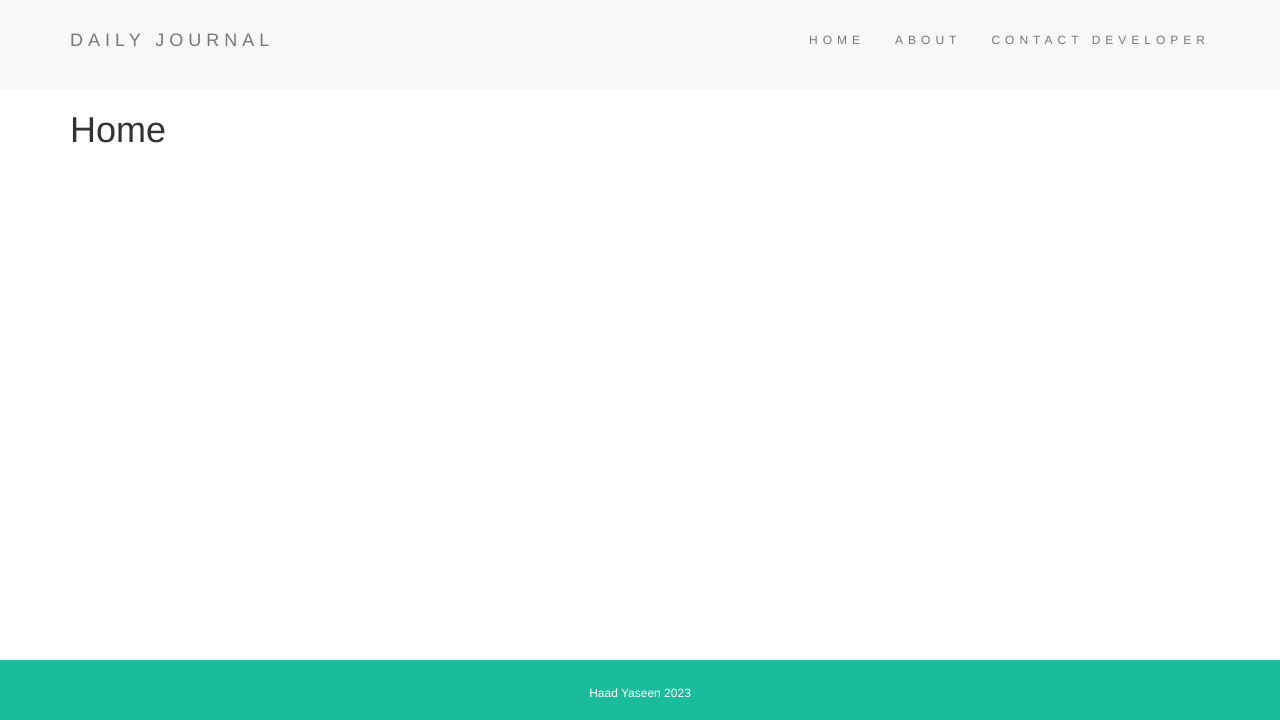
Repository: doctorpsycho/Blog-Page
Page: http://localhost/
These files come from the project's save history. The page is drawn as it stood at one moment and after the next save; the edit follows.
The browser window is 1280 px wide. The pictures show the whole page.
The page is served by the project's Node server (app.js).

Above is the page before, as saved 2023-11-23 17:52:38.

### views/home.ejs
<%- include("partials/header") -%>

    <h1>
        Home
    </h1>
    <p>

    </p>
    <% posts.forEach(function(post){%>
        <h1>
            <%= post.title %>
        </h1>
        <p>
            <%= post.content %>
        </p>
        <% console.log(post); %>
            <% }); %>

                                    <%- include("partials/footer") -%>

### views/partials/header.ejs
<!DOCTYPE html>
<html lang="en" dir="ltr">

<head>
  <meta charset="utf-8">
  <title>Daily Journal</title>
  <meta charset="utf-8">
  <link rel="stylesheet" href="https://maxcdn.bootstrapcdn.com/bootstrap/3.3.7/css/bootstrap.min.css">
  <link rel="stylesheet" href="/css/styles.css">
  <nav class="navbar navbar-default">
    <div class="container">
      <div class="navbar-header">
        <p class="navbar-brand">DAILY JOURNAL</p>
      </div>
        <ul class="nav navbar-nav navbar-right">
          <!-- 6 -->
          <li id="home"><a href="http://localhost:3000">HOME</a></li>
          <li id="about"><a href="http://localhost:3000/about#">ABOUT</a></li>
          <li id="contact"><a href="http://localhost:3000/contact#">CONTACT DEVELOPER</a></li>
        </ul>
    </div>
  </nav>

  <body>
    <div class="container">

### views/partials/footer.ejs

</div>
<div class="footer-padding"></div>
  <div class="footer">
    <p>Haad Yaseen 2023</p>
  </div>
</div>
</body>
</html>

### app.js
//jshint esversion:6

const express = require("express");
const bodyParser = require("body-parser");
const ejs = require("ejs");
const _ = require('lodash')

const app = express();

app.set('view engine', 'ejs');

app.use(bodyParser.urlencoded({ extended: true }));
app.use(express.static("public"));

let posts = [];

const homeStartingContent = "Lacus vel facilisis volutpat est velit egestas dui id ornare. Semper auctor neque vitae tempus quam. Sit amet cursus sit amet dictum sit amet justo. Viverra tellus in hac habitasse. Imperdiet proin fermentum leo vel orci porta. Donec ultrices tincidunt arcu non sodales neque sodales ut. Mattis molestie a iaculis at erat pellentesque adipiscing. Magnis dis parturient montes nascetur ridiculus mus mauris vitae ultricies. Adipiscing elit ut aliquam purus sit amet luctus venenatis lectus. Ultrices vitae auctor eu augue ut lectus arcu bibendum at. Odio euismod lacinia at quis risus sed vulputate odio ut. Cursus mattis molestie a iaculis at erat pellentesque adipiscing.";


const aboutContent = "Hac habitasse platea dictumst vestibulum rhoncus est pellentesque. Dictumst vestibulum rhoncus est pellentesque elit ullamcorper. Non diam phasellus vestibulum lorem sed. Platea dictumst quisque sagittis purus sit. Egestas sed sed risus pretium quam vulputate dignissim suspendisse. Mauris in aliquam sem fringilla. Semper risus in hendrerit gravida rutrum quisque non tellus orci. Amet massa vitae tortor condimentum lacinia quis vel eros. Enim ut tellus elementum sagittis vitae. Mauris ultrices eros in cursus turpis massa tincidunt dui.";

const contactContent = "Scelerisque eleifend donec pretium vulputate sapien. Rhoncus urna neque viverra justo nec ultrices. Arcu dui vivamus arcu felis bibendum. Consectetur adipiscing elit duis tristique. Risus viverra adipiscing at in tellus integer feugiat. Sapien nec sagittis aliquam malesuada bibendum arcu vitae. Consequat interdum varius sit amet mattis. Iaculis nunc sed augue lacus. Interdum posuere lorem ipsum dolor sit amet consectetur adipiscing elit. Pulvinar elementum integer enim neque. Ultrices gravida dictum fusce ut placerat orci nulla. Mauris in aliquam sem fringilla ut morbi tincidunt. Tortor posuere ac ut consequat semper viverra nam libero.";

app.get("/", function (req, res) {
  res.render("home", { posts: posts });
});

app.get("/about", function (req, res) {
  res.render("about", { aboutContent: aboutContent });
});

app.get("/contact", function (req, res) {
  res.render("contact", { contactContent: contactContent });
});

app.get("/compose", function (req, res) {
  res.render("compose");
});

app.post("/compose", function (req, res) {
  let postTopic = req.body.postTitle;
  let postBody = req.body.postBody;
  const post = {
    title: postTopic,
    content: postBody
  };

  posts.push(post);
  // console.log(posts);
  res.redirect("/");

});

app.get("/posts/:topic", function (req, res) {
  let postID = _.lowerCase(req.params.topic);
  const userSearch = _.kebabCase(postID);

  posts.forEach(function (post) {
    let postTitle = _.lowerCase(post.title);
    let post_title = _.kebabCase(postTitle);
    if (post_title === userSearch) {
      console.log("Match Found.");
      // res.render("/userSearch");
    } else {
      console.log("404");
    }

  });

  // res.redirect("/posts/" + userSearch);
});



app.listen(3000, function () {
  console.log("Server started on port: 3000");
});

Loaded but not shown: public/css/styles.css (common file)

After the next save:
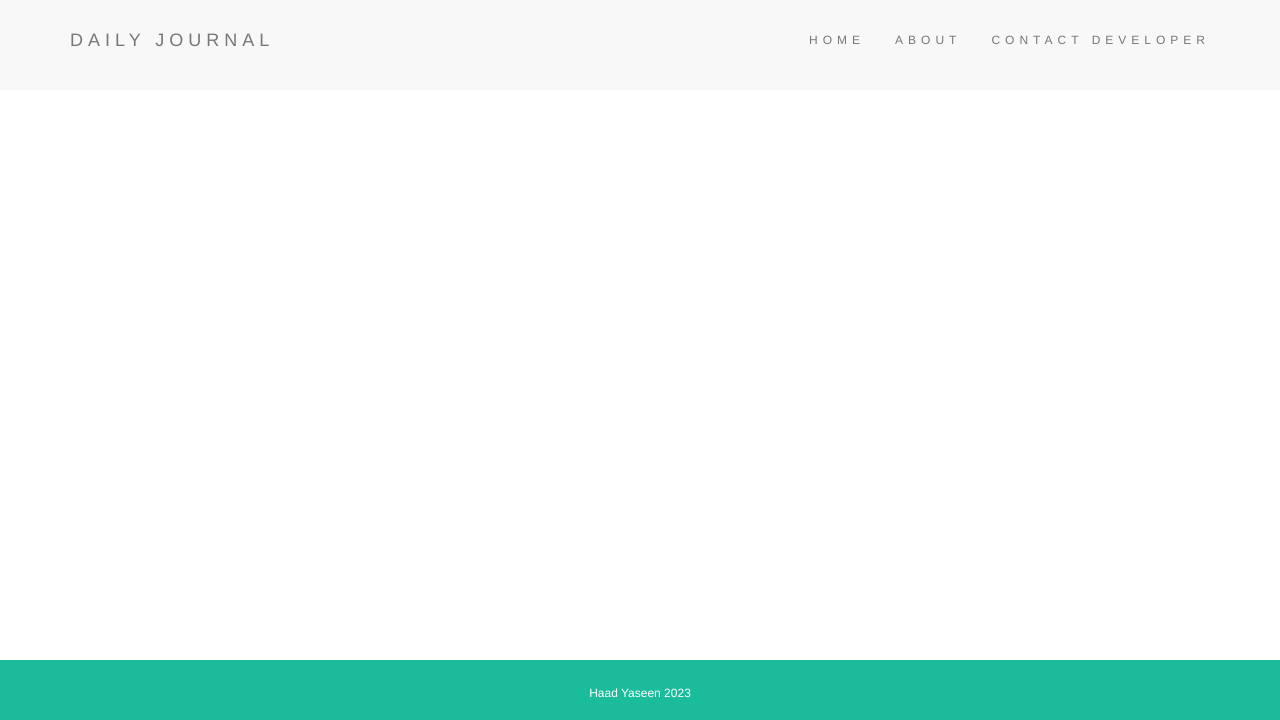
Saved 73 s later.
--- a/views/home.ejs
+++ b/views/home.ejs
@@ -1,11 +1,11 @@
 <%- include("partials/header") -%>
 
-    <h1>
+    <!-- <h1>
         Home
     </h1>
     <p>
 
-    </p>
+    </p> -->
     <% posts.forEach(function(post){%>
         <h1>
             <%= post.title %>
